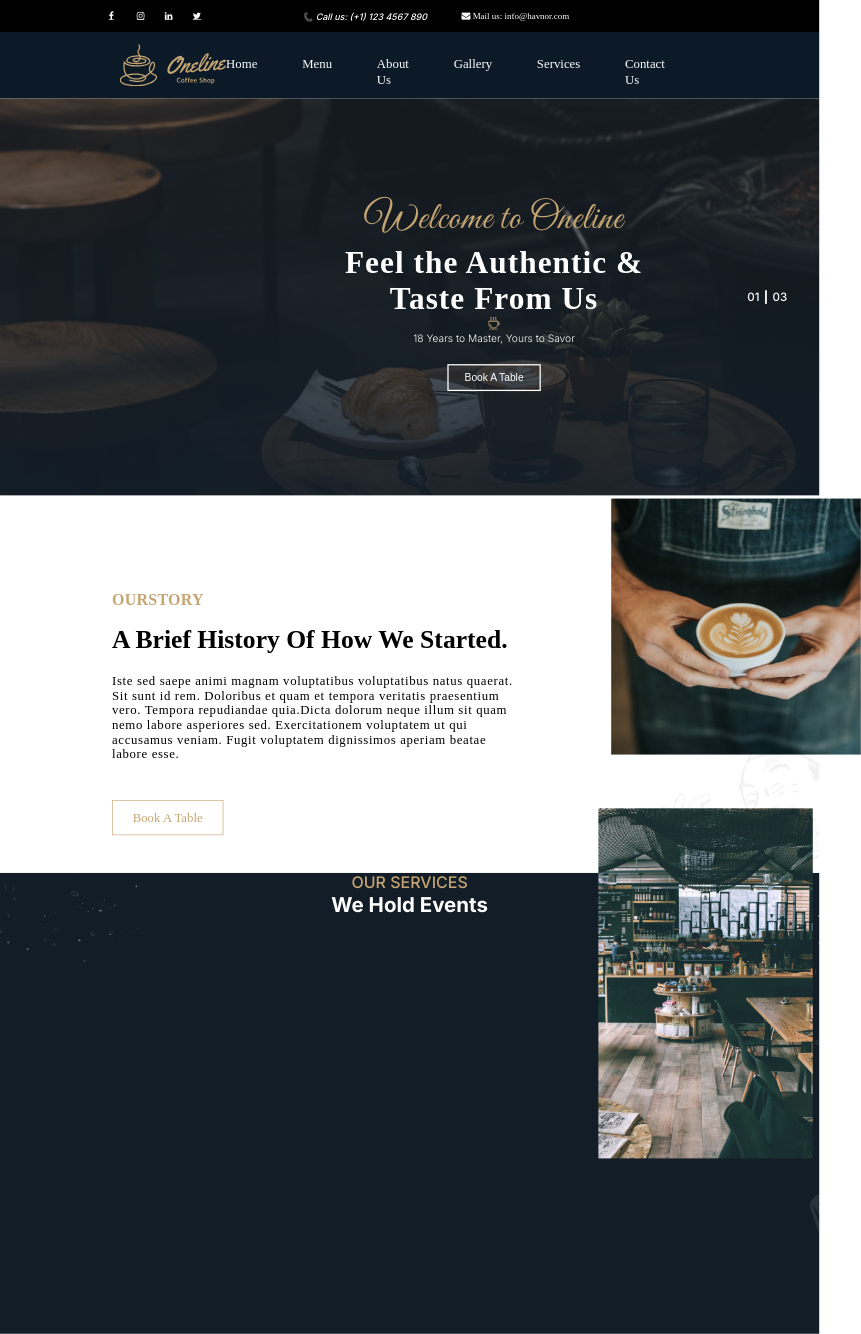
Repository: abhayzulasana/Online-Coffee-Shop
Page: index.html
The author's editor kept a copy of each file at every save. The page is drawn from the files as they stood at one save, then again after a run of saves.
The browser window is 1280 px wide. The page is 1345 px wide, so the pictures cover 1345 px, including what lies to the right of the window. The pictures show the whole page, at 64% of full size.

Above is the page before, as saved 2025-05-21 13:50:57.

### index.html
<!DOCTYPE html>
<html lang="en">
<head>
  <meta charset="UTF-8" />
  <meta name="viewport" content="width=device-width, initial-scale=1.0" />
  <title>Oneline Coffee Shop</title>
  <link rel="stylesheet" href="style.css" />
  <link rel="stylesheet" href="https://cdnjs.cloudflare.com/ajax/libs/font-awesome/4.7.0/css/font-awesome.min.css">

  <link rel="preconnect" href="https://fonts.googleapis.com" />
  <link rel="preconnect" href="https://fonts.gstatic.com" crossorigin />
  <link href="https://fonts.googleapis.com/css2?family=Great+Vibes&family=Inter:wght@300;500;700&display=swap" rel="stylesheet">
</head>
<body>
  <header class="top-bar">
    <div class="social-icons">
      <a href="#" class="fa fa-facebook"></a>
      <a href="#" class="fa fa-instagram"></a>
      <a href="#" class="fa fa-linkedin"></a>
      <a href="#" class="fa fa-twitter"></a>

    </div>
    <div class="contact-info">
      <i class="call"> 📞   Call us: (+1) 123 4567 890</i>
      <i class="fa fa-envelope">    Mail us: info@havnor.com</i>

    </div>
  </header>

  <nav class="navbar">
    <div class="logo">
      <img src="img/cafelogo.svg">
      <!-- <span>☕</span>
      <span class="logo-text">Oneline <small>Coffee Shop</small></span> -->
    </div>
    <ul class="nav-links">
      <li>Home</li>
      <li>Menu</li>
      <li>About Us</li>
      <li>Gallery</li>
      <li>Services</li>
      <li>Contact Us</li>
    </ul>
  </nav>

  <section class="hero">
    <div class="hero-content">
  <center>
      <h2>Welcome to Oneline</h2>
      <h1>Feel the Authentic & Taste From Us</h1>
      <img src="img/cafe.svg">

      <!-- <div class="divider">☕</div> -->
      <p>18 Years to Master, Yours to Savor</p>
      <button>Book A Table</button>
    </div>
  </center>
    <div class="scroll-number">
      <span>01</span>
      <span>┃</span>
      <span>03</span>
    </div>
  </section >

   <div class="over-story">
    <div class="over-story-content">
        <h1>ourstory</h1>
        <h2>A Brief History Of How We Started.</h2>
        <p>Iste sed saepe animi magnam voluptatibus voluptatibus natus quaerat. Sit sunt id rem. Doloribus et quam et tempora veritatis praesentium vero. Tempora repudiandae quia.Dicta dolorum neque illum sit quam nemo labore asperiores sed. Exercitationem voluptatem ut qui accusamus veniam. Fugit voluptatem dignissimos aperiam beatae labore esse.</p>
        <button>Book A Table</button>
    </div>
    <div class="our-img">
        <img  class="img1" src="img/ourstory1.png">
        <img class="img2" src="img/ourstory2.png">

      </div>
   </div>
   <div class="our-services">
      <div class="text-content">
        <p class="section-title" align="center">OUR SERVICES</p>
        <h1 align="center">We Hold Events</h1>
      </div>
   </div>
</body>
</html>

### style.css
/* Reset & Base */
* {
    margin: 0;
    padding: 0px;
    box-sizing: border-box;
  }

  body {
    font-family: 'Inter', sans-serif;
    color: white;
    /* margin-left:90px; */
    height: 100vh;
  }
  html {
    scroll-behavior: smooth;
    /*Adds smooth scrolling instead of snapping to element*/
  }

  /* Top Bar */
  .top-bar {
    top: 0px;
    width: 100%;
    height: 50px;
    background-color: #000;
    color: white;
    display: flex;
    justify-content: space-between;
    padding: 10px 30px;
    font-size: 14px;

  }

  .social-icons a {
    margin-top:7px;
    width:40px;
    height: 17px;

    /* margin-right: 10px; */
    color: white;
    /* margin-left: 0px; */
    /* gap: 10px; */
  }
  .fa-facebook{
    margin-left: 140px;
  }
  .contact-info{
      display: flex;
      gap: 40px;
      margin-right: 320px;
      font-family: 'Inter', sans-serif;

      align-items: center;

  }
  .call{
      /* gap: 70px; */
      font-family: 'Inter', sans-serif;

      /* font: normal normal medium 16px/19px Montserrat; */
      width: 209px;
  }
  .fa-envelope{
    width: 209px;
    font-family: 'Inter', sans-serif;

  }

  /* Navbar */
  .navbar {
    top: 47px;
    margin-left: 0px;
    width: 100%;
    height: 104px;
    background-color: #0c1a28;
    display: flex;
    justify-content: space-between;
    text-align: left;
    /* align-items: center; */
    padding: 15px 50px;
  }

  .logo {
    display: flex;
    align-items: center;
    font-size: 70px;
    /* color: #C5A572; */
  }
.logo img{
  margin-left: 137px;
}
  /* .logo span{
    margin-left: 50px;
    color: #C5A572;
  } */
  .logo-text {
    top: 81px;
    width: 92px;
    height: px;
    color: #C5A572;
    font-family: 'Great Vibes', cursive;
    margin-left: 210px;
    font-size: 45px;
  }

  .logo-text small {
    display: block;
    font-size: 12px;
    font-family: 'Inter', sans-serif;
  }

  .nav-links {
    /* margin-left: 57px; */
    margin-right: 290px;
    margin-top: 23px;
    height: 24px;
    list-style: none;
    display: flex;
    gap: 70px;
    /* text-align: left; */
    font: normal normal normal 20px/24px Montserrat;
    color: #FFFFFF;
    opacity: 1;
  }

  .nav-links li {
    cursor: pointer;
  }

  /* Hero Section */
  .hero {
    top: 151px;
    left: 0px;
    width: 100%;
    height: 100px;
    display: flex;
    justify-content: space-between;
    align-items: center;
    height: calc(100vh - 100px);
    padding: 0 50px;
    background: url('img/bgcafe.png');
  background-repeat: no-repeat;
  background-size: cover;
  background-position: center;
  }

  .hero-content {
    top: 398px;
    margin-left: 427px;
    width: 857px;
    height: 317px;
    max-width: 50%;
  }

  .hero-content h2 {
    /* text-align: left; */
    font: normal normal normal 60px/75px Great Vibes;
    letter-spacing: 1.2px;
    color: #C5A572;

  }

  .hero-content h1 {
    font: normal normal normal ;
    font-family:Bellefair;
    font-size: 49px;
    letter-spacing: 1.6px;

    /* margin-bottom: 20px; */
  }

  .divider {
    font-size: 20px;
    color: #d4af37;
    margin-bottom: 10px;
  }

  .hero-content p {
    margin-bottom: 30px;
    font-weight: 300;
  }

  .hero-content button {
    padding: 10px 25px;
    font-size: 16px;
    background-color: transparent;
    border: 2px solid white;
    color: white;
    cursor: pointer;
    transition: 0.3s;
  }

  .hero-content button:hover {
    background-color: white;
    color: #000;
  }

  .scroll-number {
    text-align: center;
    font-size: 18px;
    line-height: 1.8;
  }
/* over story */
.over-story{
  height: 82vh;
  width: 100%;
  color: #000;
  display: flex;
  background: url('img/ourstorybg2.png') right bottom no-repeat;
  /* background-repeat: no-repeat; */
  /* background-size: cover; */
  /* background-position: center; */

}
.over-story-content h1{
      display: flex;
  font-size: 25px;
  margin-left: 175px;
  margin-top: 150px;
  width: 133px;
  height: 27px;
  text-align: left;
  font-family:'Montserrat';
  letter-spacing: 0.38px;
  color: #C5A572;
  text-transform: uppercase;
}
.over-story-content h2{
    font-family: 'Bellefair';
    font-size: 40px;
    margin-left: 175px;
    margin-top: 25px;
    width: 700px;
    height: 51px;
    text-transform: capitalize;
opacity: 1;
}
.over-story-content p{
  font-family: 'Montserrat';
  font-size: 20px;
  margin-left: 175px;
  margin-top: 25px;
  width: 632px;
  /* height: 51px; */
  letter-spacing: 1px;
}

.over-story-content button{
  margin-top: 60px;
  margin-left: 175px;
  font-family:'Montserrat';
  font-size: 20px;
  background-color: transparent;
  color: #C5A572;
  cursor: pointer;
  transition: 0.3s;
  border: 1px solid #C5A572;
  width: 174px;
  height: 55px;
}
.over-story-content button:hover {
  background-color: white;
  color: #421f1f;
}
/* .our-img{
  height:700px;
} */
.img1{
  margin-top: 5px;
  margin-left: 80px;
  width: 390px;
  height: 400px;
}
.img2{
  margin-top: 80px;
  margin-left: 60px;
  /* width: 335px;
  height: 547px; */
}

/* our services */
.our-services{
  height: 100vh;
  background: url('img/ourserviceimg.png');
  /* background-repeat: no-repeat; */
  background-size: cover;
  background-position: center;
}

.section-title{
  color:#C5A572;
  font-size: 25px;
  margin-top: ;
}

After the next 2 saves:
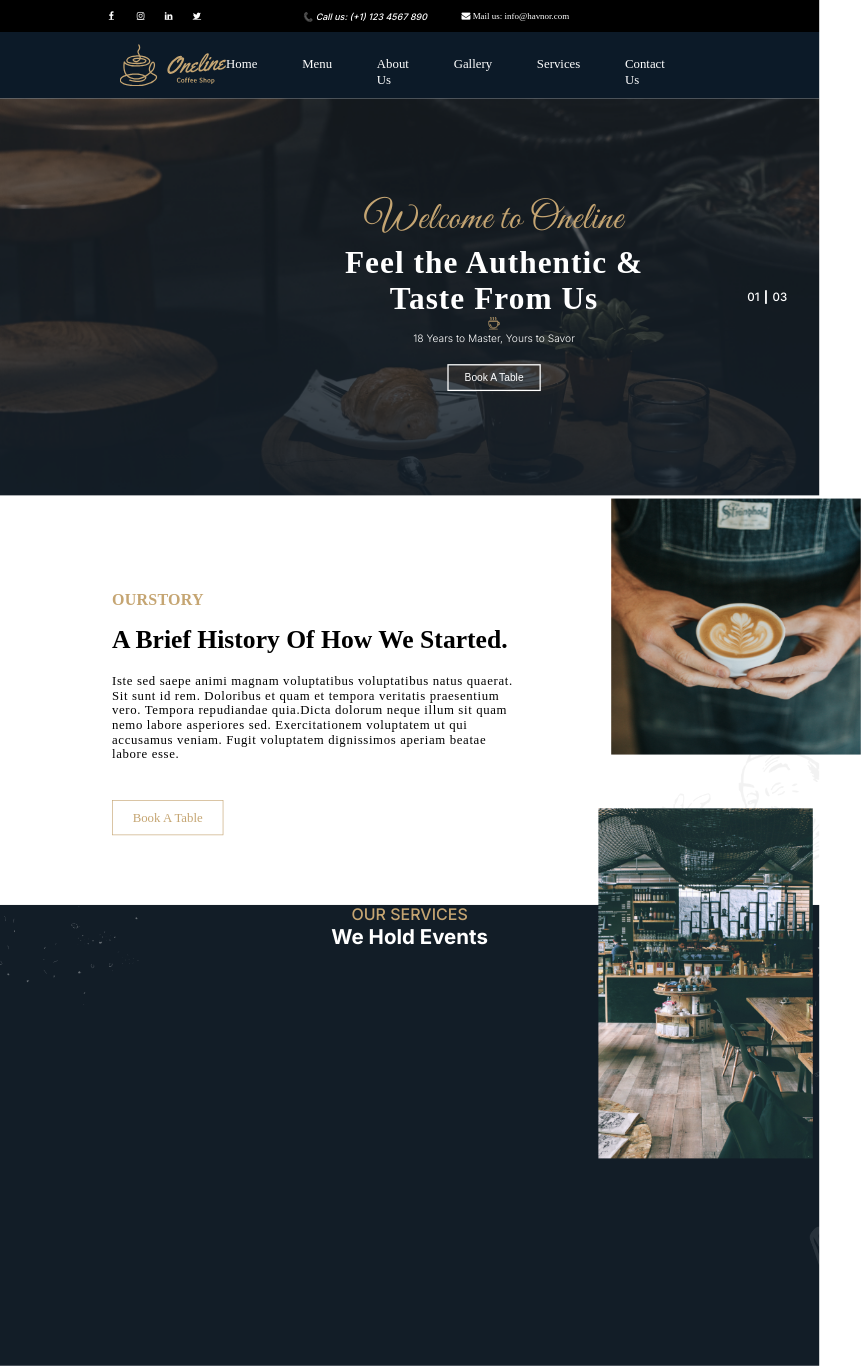
The 2 saves are shown as one change because they came seconds apart.
The last was saved 18 s later.
--- a/style.css
+++ b/style.css
@@ -289,5 +289,5 @@ opacity: 1;
 .section-title{
   color:#C5A572;
   font-size: 25px;
-  margin-top: ;
-}
+  margin-top: 50px;
+}
